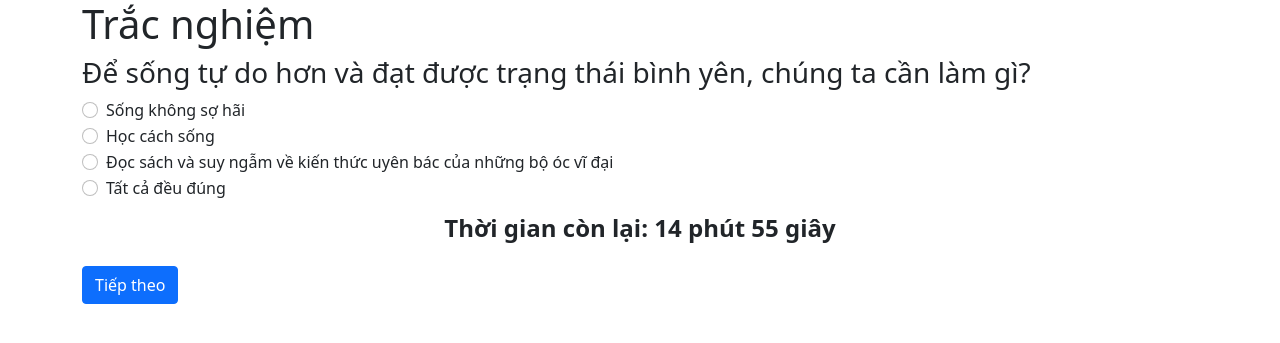
Repository: tran-thien-nhan/quiz_tlln
Page: daily_stoic_quiz.html
These files come from the project's save history. The page is drawn as it stood at one moment and after the next save; the edit follows.
The browser window is 1280 px wide. The pictures show the whole page.

Above is the page before, as saved 2023-06-25 18:33:05.

After the next save:
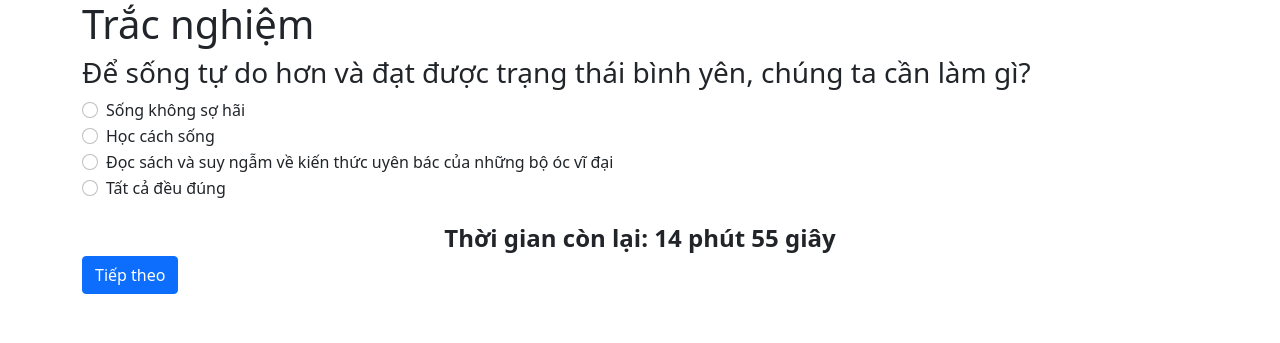
Saved 62 s later.
--- a/daily_stoic_quiz.html
+++ b/daily_stoic_quiz.html
@@ -37,6 +37,8 @@
             </div>
             <span id="result"></span>
         </div>
+
+        <div id="timeclock"></div>
 
         <button class="btn btn-primary" id="nextButton">Tiếp theo</button>
         <span id="score"></span>
@@ -150,7 +152,7 @@
                 timerElement.style.fontWeight = "bold";
                 timerElement.style.marginTop = "10px";
                 timerElement.style.textAlign = "center";
-                questionContainer.appendChild(timerElement);
+                timeclock.appendChild(timerElement);
 
                 const timerInterval = setInterval(() => {
                     timeRemaining--;

After the save that followed:
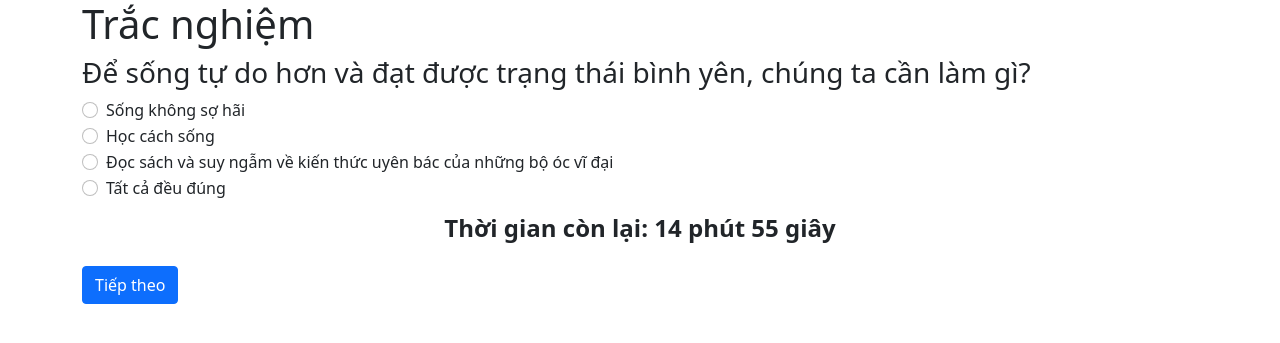
Saved 43 s later.
--- a/daily_stoic_quiz.html
+++ b/daily_stoic_quiz.html
@@ -152,7 +152,7 @@
                 timerElement.style.fontWeight = "bold";
                 timerElement.style.marginTop = "10px";
                 timerElement.style.textAlign = "center";
-                timeclock.appendChild(timerElement);
+                questionContainer.appendChild(timerElement);
 
                 const timerInterval = setInterval(() => {
                     timeRemaining--;
